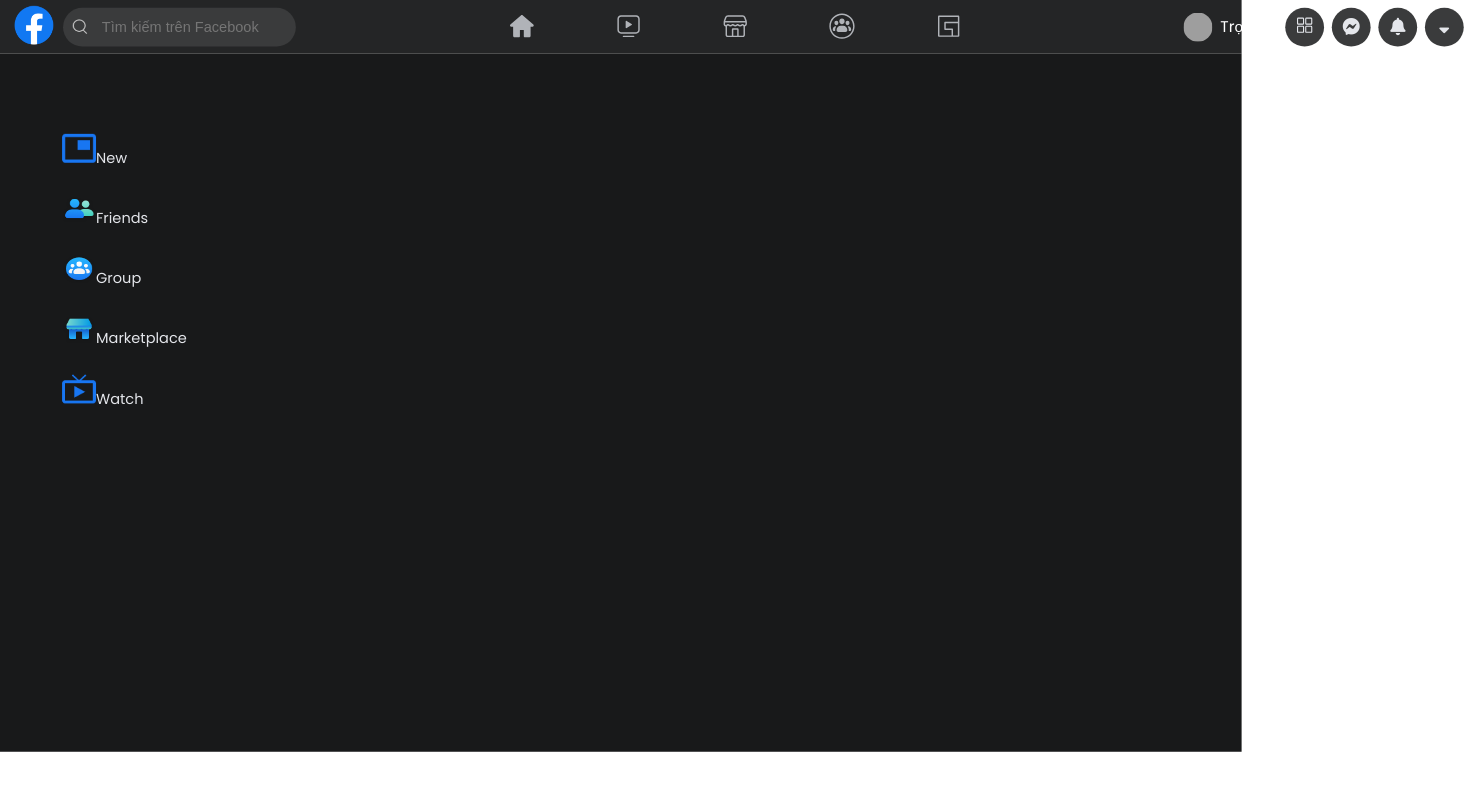
Repository: vanntrong/facebook-clone
Page: index.html
An editor plug-in stored every save of this project. The page is shown before and after the next save, followed by the edit.
The browser window is 1280 px wide. The page is 1517 px wide, so the pictures cover 1517 px, including what lies to the right of the window. The pictures show the whole page, at 97% of full size.
Pictures or frames that could not be fetched are drawn as grey boxes.

Above is the page before, as saved 2021-09-08 18:25:07.

After the next save:
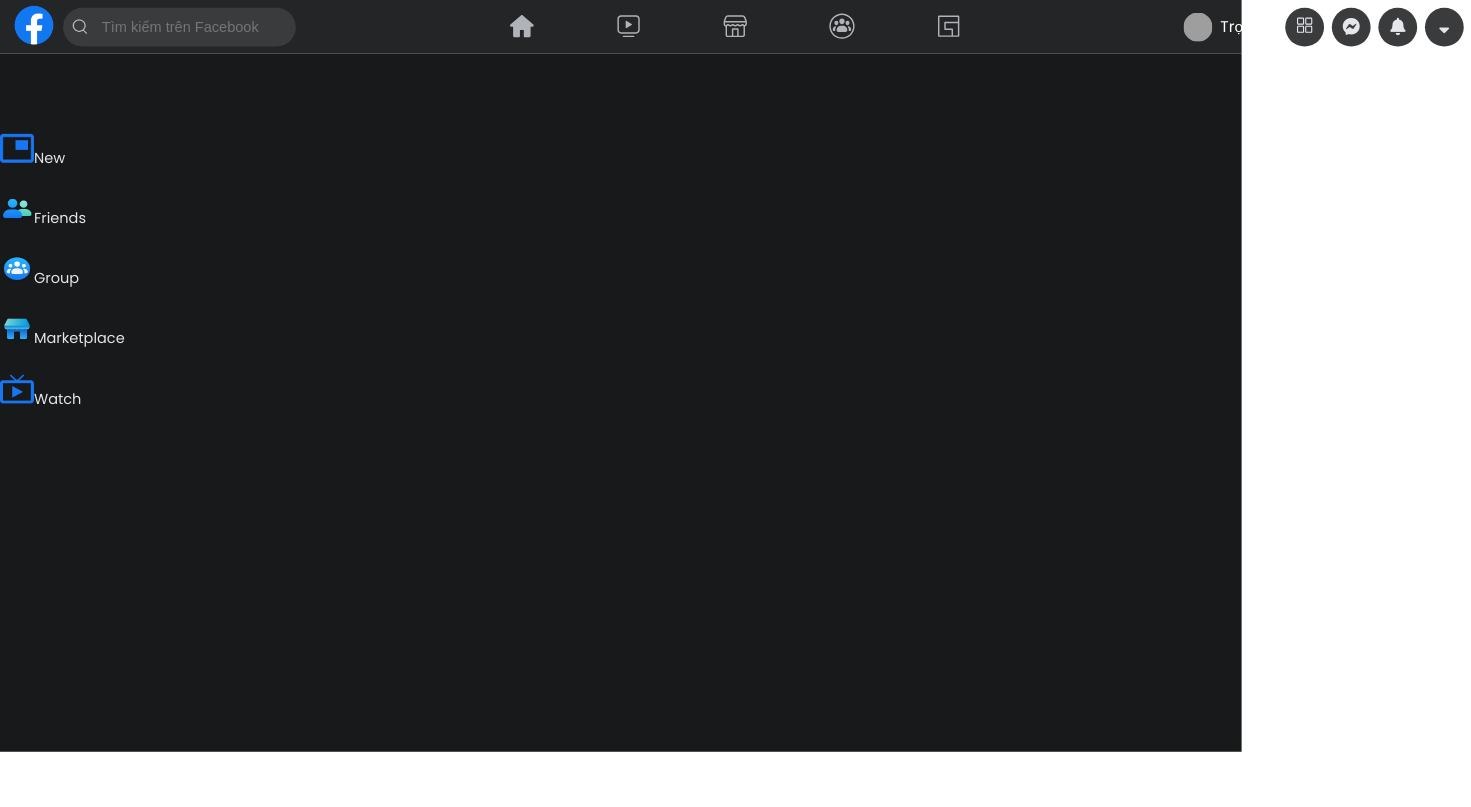
Saved 39 s later.
--- a/assets/css/style.css
+++ b/assets/css/style.css
@@ -160,7 +160,7 @@
 .app__container {
   display: flex;
   justify-content: space-between;
-  padding: 13px 5%;
+  padding: 13px 0;
   background-color: #18191a;
   height: 100vh;
 }
